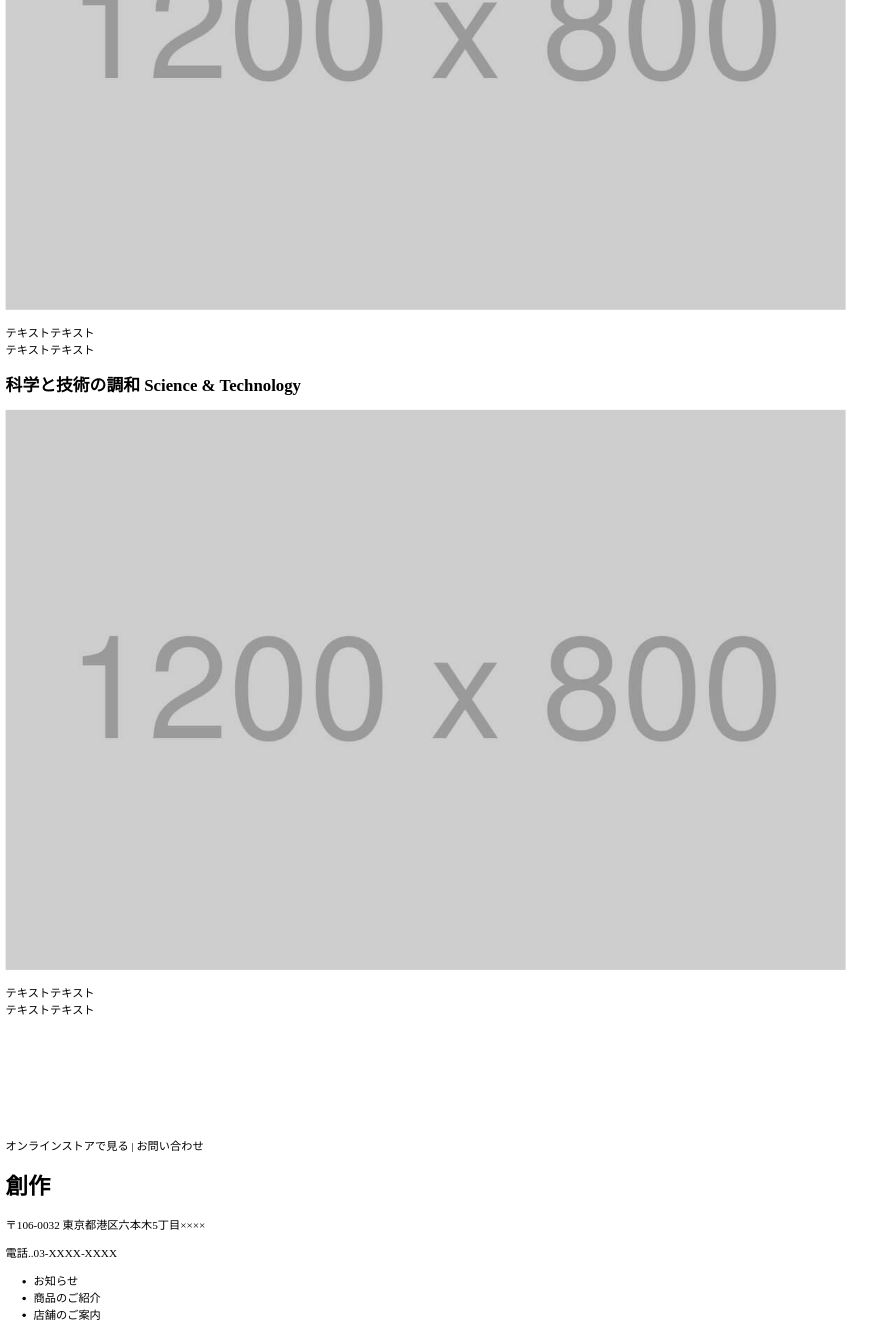
Repository: Fuki-san/wagashi
Page: http://localhost/wagashi
An editor plug-in stored every save of this project. The page is shown before and after a run of saves, followed by the edit.
The browser window is 1280 px wide. The pictures show the part of the page from y = 1012 to 2932 px (the page is 2916 px tall before and 2932 px after), at 70% of full size.
The page is served by the project's Laravel application, run on PHP 8.4 with Laravel 10. Other server files are loaded and not shown.

Above is the page before, as saved 2023-12-02 18:59:49.

### routes/web.php
<?php

use Illuminate\Support\Facades\Route;
use Spatie\FlareClient\View;

/*
|--------------------------------------------------------------------------
| Web Routes
|--------------------------------------------------------------------------
|
| Here is where you can register web routes for your application. These
| routes are loaded by the RouteServiceProvider and all of them will
| be assigned to the "web" middleware group. Make something great!
|
*/

Route::get('/', function () {
    return view('welcome');
});

Route::get('wagashi', function() {
    return View('wagashi');
})->name('wagashi');

### resources/views/wagashi.blade.php
@extends('layouts.main')

@section('title', 'wagashi')

@section('content')
    <header id="header">
        <h1 class="site-title"><a href="#"><img src="img/logo.svg" alt=""></a></h1>
        <nav id="nav">
            <ul>
                <li><a href="#news">お知らせ</a></li>
                <li><a href="#products1">商品のご紹介</a></li>
                <li><a href="#shop">店舗のご案内</a></li>
            </ul>
        </nav>
        <div class="onlinestore"><a href="#" target="_blank" rel="noopener noreferrer">オンラインストアで見る</a></div>
    </header>

    <main>
        <section id="news" class="wrapper">

            <h2 class="sec-title">
                <span class="en">News</span>
                <span class="ja">お知らせ</span>
            </h2>

            <dl class="list">
                <dt>2021.01.01</dt>
                <dd>タイトルタイトルタイトル</dd>
                <dt>2021.01.01</dt>
                <dd>タイトルタイトルタイトル</dd>
                <dt>2021.01.01</dt>
                <dd>タイトルタイトルタイトル</dd>
                <dt>2021.01.01</dt>
                <dd>タイトルタイトルタイトル</dd>
                <dt>2021.01.01</dt>
                <dd>タイトルタイトルタイトル</dd>
            </dl>
        </section>

        <section id="products1" class="wrapper">
            <h2 class="site-title">
                <span class="ja">新しい価値の創造</span>
                <span class="en">Create New Values</span>
            </h2>

            <div class="img">
                <img src="img/products1.jpg" alt="">
                <p class="text">テキストテキスト<br>テキストテキスト</p>
            </div>
        </section>

        <section id="products2" class="wrapper">
            <h2 class="sec-title">
                <span class="ja">科学と技術の調和</span>
                <span class="en">Science & Technology</span>
            </h2>
            <div class="img">
                <img src="img/products2.jpg" alt="">
                <p class="text">テキストテキスト<br>テキストテキスト</p>
            </div>
        </section>

        <div id="shop">
            <iframe src="" frameborder="0"></iframe>
        </div>

    </main>

    <footer id="footer">

        <div class="inner">
            <div class="left">

            </div>

        </div>


        <div class="flex">
            <div>オンラインストアで見る | お問い合わせ</div>
            <div class="nav">
                <h1 class="site-title">創作</h1>
                <p>〒106-0032 東京都港区六本木5丁目××××</p>
                <p>電話..03-XXXX-XXXX</p>
                <nav>
                    <ul>
                        <li>お知らせ</li>
                        <li>商品のご紹介</li>
                        <li>店舗のご案内</li>
                    </ul>
                </nav>
            </div>
        </div>
    </footer>

@endsection

### resources/views/layouts/main.blade.php
<!DOCTYPE html>
<html lang="ja">
<head>
    <meta charset="UTF-8">
    <meta name="viewport" content="width=device-width, initial-scale=1.0">
    <meta http-equiv="X-UA-Compatible" content="ie=edge">
    <link rel="stylesheet" href="{{ asset('css/reset.css') }}">
    <link rel="stylesheet" href="{{ asset('css/style.css') }}">
    <link rel="icon" href="img/favicon.ico">
    <title>@yield('title')</title>
</head>
<body>
    @yield('content')
</body>
</html>

### public/img/logo.svg
<?xml version="1.0" encoding="utf-8"?>
<!-- Generator: Adobe Illustrator 15.1.0, SVG Export Plug-In . SVG Version: 6.00 Build 0)  -->
<!DOCTYPE svg PUBLIC "-//W3C//DTD SVG 1.1//EN" "http://www.w3.org/Graphics/SVG/1.1/DTD/svg11.dtd">
<svg version="1.1" id="レイヤー_1" xmlns="http://www.w3.org/2000/svg" xmlns:xlink="http://www.w3.org/1999/xlink" x="0px"
	 y="0px" width="57.4775391px" height="131.578125px" viewBox="0 0 57.4775391 131.578125"
	 style="enable-background:new 0 0 57.4775391 131.578125;" xml:space="preserve">
<style type="text/css">
<![CDATA[
	.st0{fill:#FFFFFF;}
]]>
</style>
<g>
	<path class="st0" d="M28.3789063,35.8789063l6.5400391,4.859375c-0.3603516,0.4804688-1.2001953,1.0800781-2.3398438,1.2607422
		v12.0595703c-0.0605469,0.359375-3.4199219,1.5-5.5195313,1.5h-1.0800781v-3.6601563H15.2998047v2.6992188
		c0,0.4208984-1.9199219,1.8007813-5.1601563,1.8007813H9.0595703v-10.5
		c-1.7392578,3.2402344-4.2597656,6.2998047-7.9189453,8.8798828l-0.6005859-0.6005859c5.5205078-8.21875,6-18.4785156,6-26.7587891
		v-9.1191406c-1.9199219,1.3798828-3.9599609,2.5800781-6.0595703,3.6591797L0,21.4199219
		C6.1796875,15.6601563,11.3994141,6.4199219,13.5,0l9.7197266,1.9804688
		c-0.2402344,0.7197266-0.7802734,1.0800781-2.3398438,1.3193359c20.5185547,3.7207031,13.3789063,15.9599609,7.9189453,11.8798828
		c-0.9599609-3.4199219-4.0195313-7.9794922-8.5195313-11.2792969c-2.0400391,3.1796875-4.7392578,6.5390625-7.9794922,9.6591797
		H19.5l2.9990234-3.8398438c0,0,3.4804688,2.6396484,5.5800781,4.5595703
		c-0.1796875,0.6601563-0.7802734,0.9609375-1.6201172,0.9609375H11.7001953l-0.2402344-0.9003906
		c-1.1396484,1.0195313-2.3398438,2.0400391-3.5400391,2.9394531l6,2.2207031h10.9189453l3.0605469-3.3603516L34.4384766,21
		c-0.359375,0.4794922-1.2597656,1.0195313-2.4599609,1.3193359v11.9394531
		c-0.0595703,0.3603516-3.359375,1.5605469-5.4589844,1.5605469h-1.0800781v-1.8007813H12.5400391
		C12.4199219,35.21875,12.2402344,36.4189453,12,37.6787109l4.0800781,1.5595703h9.2988281L28.3789063,35.8789063z
		 M25.4394531,32.3388672v-4.6796875H12.8994141c0,1.4404297-0.0595703,3-0.1796875,4.6796875H25.4394531z M12.8994141,21.1796875
		v4.7998047h12.5400391v-4.7998047H12.8994141z M25.9794922,50.1582031v-9.2392578H15.2998047v9.2392578H25.9794922z
		 M43.2587891,41.7587891c0,0.6601563-2.6396484,1.859375-4.9199219,1.859375h-1.1396484V5.2197266L45.2988281,6
		c-0.1201172,0.7802734-0.6005859,1.3203125-2.0400391,1.5605469V41.7587891z M56.7578125,2.1005859
		C56.578125,3,55.9785156,3.6005859,54.5380859,3.7802734v44.8183594c0,4.6796875-0.9599609,7.3193359-8.4599609,8.0390625
		c-0.1796875-2.0996094-0.4794922-3.6591797-1.3798828-4.7392578c-0.9599609-1.0205078-2.2197266-1.7998047-5.0996094-2.2197266
		v-0.8408203c0,0,5.9394531,0.3603516,7.2001953,0.3603516c0.9599609,0,1.2597656-0.2998047,1.2597656-1.0800781V1.2001953
		L56.7578125,2.1005859z"/>
	<path class="st0" d="M17.4599609,94.0800781c-0.1806641,0.5390625-0.7207031,0.9589844-1.8603516,1.1992188v34.2587891
		c-0.1201172,0.5400391-3,2.0400391-5.7597656,2.0400391H8.5195313v-31.3789063
		c-2.3994141,2.7597656-4.9794922,5.1601563-7.7392578,7.2001953l-0.7197266-0.5400391
		c5.3398438-7.5,10.9189453-19.6796875,13.9189453-31.6787109l9.5400391,3.1796875
		c-0.2998047,0.7802734-1.0800781,1.2597656-2.4003906,1.2001953c-2.0400391,4.859375-4.3798828,9.2988281-6.9589844,13.3193359
		L17.4599609,94.0800781z M39.9589844,89.7597656v11.0996094h4.7998047l3.6591797-4.7998047
		c0,0,4.140625,3.2998047,6.7197266,5.5800781c-0.1796875,0.6591797-0.8398438,0.9599609-1.6796875,0.9599609H39.9589844v11.3388672
		h5.1591797l4.0205078-5.2197266c0,0,4.4394531,3.5400391,7.1992188,5.9404297
		c-0.1796875,0.6591797-0.8398438,0.9599609-1.7402344,0.9599609H39.9589844v14.0390625
		c0,0.4199219-2.2207031,1.859375-5.9404297,1.859375h-1.3193359V89.7597656h-1.4404297
		c-3.8994141,5.8798828-8.3994141,10.6796875-13.4394531,14.2792969l-0.6601563-0.4794922
		c4.6201172-6.7802734,9.6601563-17.6992188,12.3603516-28.3193359l9.6591797,3.4199219
		c-0.2998047,0.7802734-1.0800781,1.2597656-2.4599609,1.1396484c-1.3798828,2.9404297-2.8203125,5.7597656-4.4394531,8.3398438
		h14.0996094l3.9589844-5.1591797c0,0,4.4404297,3.4794922,7.1396484,5.8193359
		c-0.1796875,0.6601563-0.8398438,0.9599609-1.6796875,0.9599609H39.9589844z"/>
</g>
</svg>

Loaded but not shown: public/css/style.css (no copy from this time; the picture is the same without it)

After the next 2 saves:
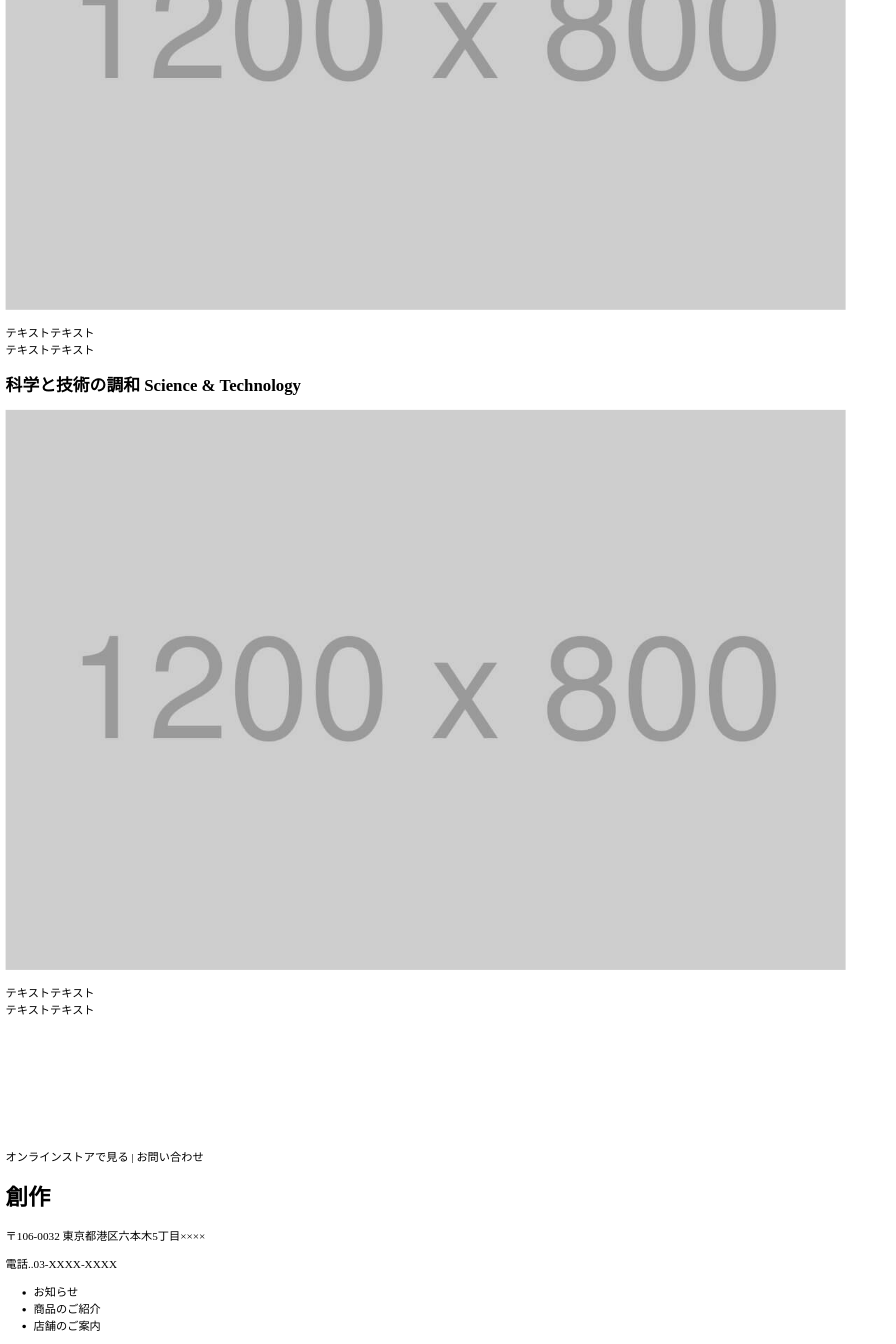
The 2 saves are shown as one change because they came seconds apart.
The last was saved 6 s later.
--- a/resources/views/wagashi.blade.php
+++ b/resources/views/wagashi.blade.php
@@ -70,7 +70,7 @@
 
         <div class="inner">
             <div class="left">
-
+                <p><a href=""></a></p>
             </div>
 
         </div>
